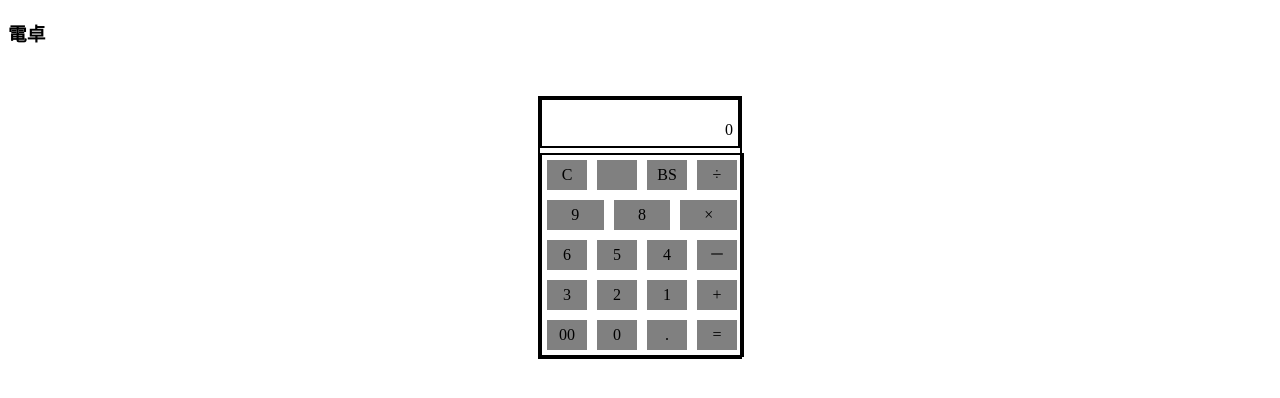
Repository: haya67/jsCalculator
Page: index.html
The author's editor kept a record of every edit. The page is drawn from the files as they stood at one moment, then again after the next edit.
The browser window is 1280 px wide. The pictures show the whole page.
Some web libraries are served in a nearby version.

Above is the page before.

After the next edit:
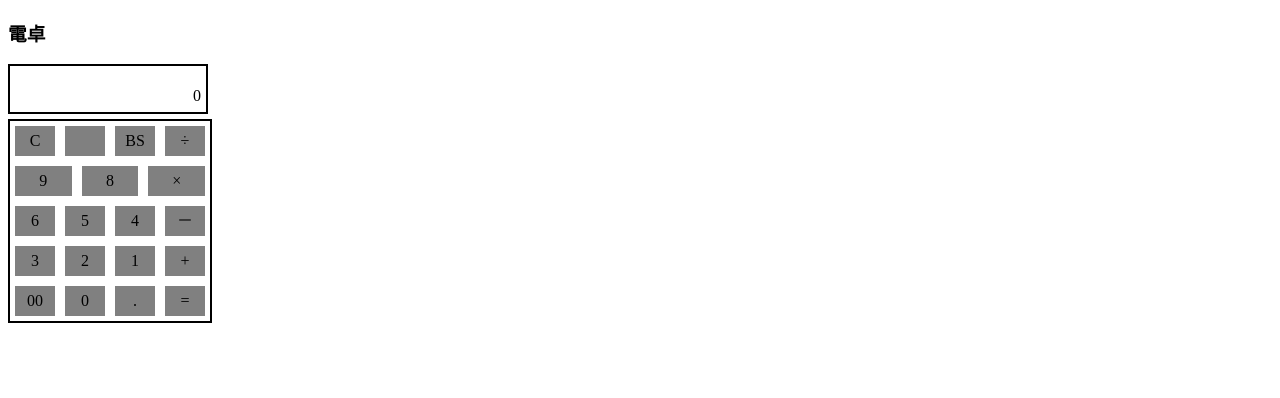
The edit:
--- a/main.css
+++ b/main.css
@@ -1,7 +1,5 @@
 .container {
   width: 200px;
-  margin: 50px auto;
-  border: 2px solid black;
 }
 
 .output {
